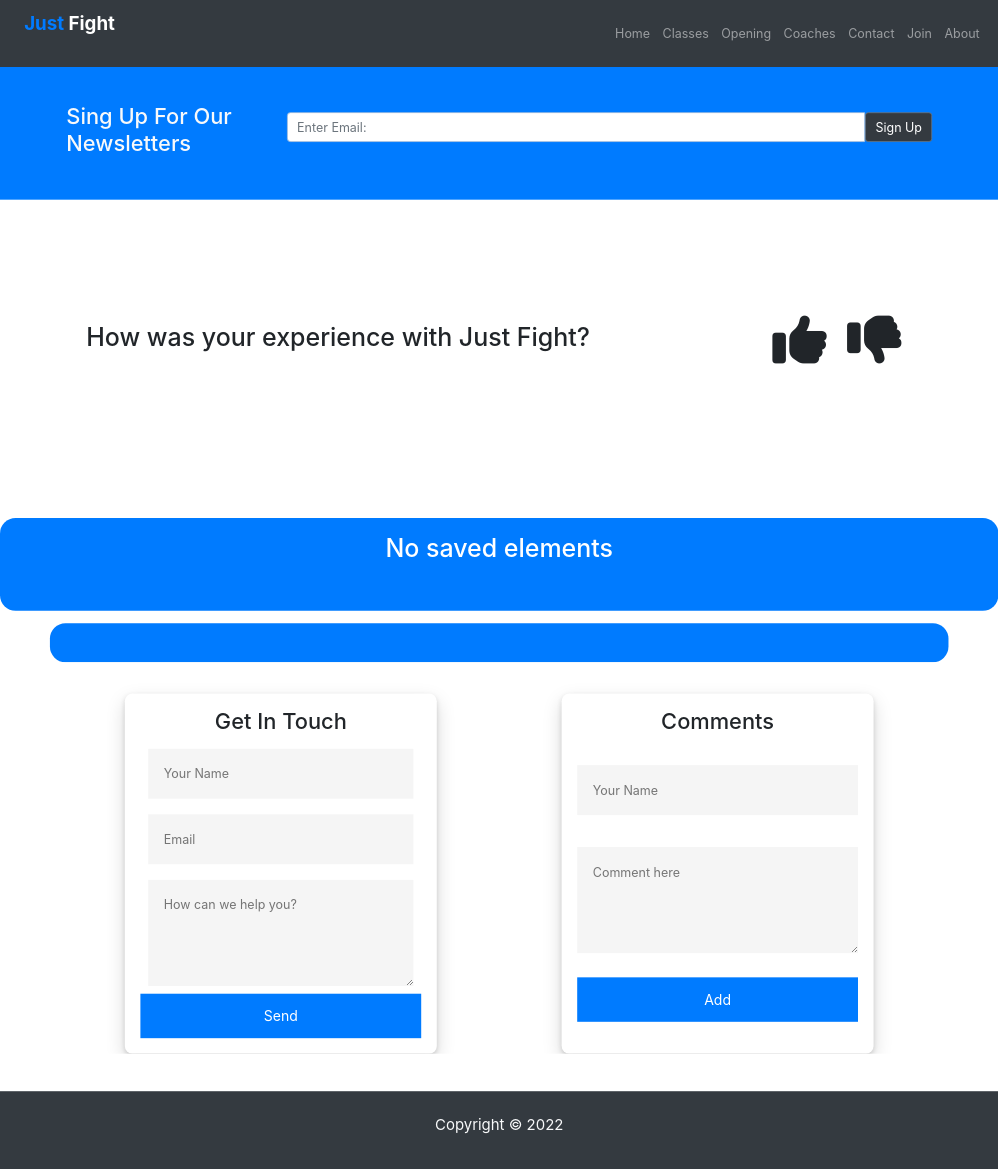
Repository: IonPara/Just-Fight
Page: review.html
An editor plug-in stored every save of this project. The page is shown before and after the next save, followed by the edit.
The browser window is 1280 px wide. The pictures show the whole page, at 78% of full size.
Some web libraries are served in a nearby version.

Above is the page before, as saved 2023-03-13 17:03:00.
Console error: ReferenceError: emailjs is not defined

After the next save:
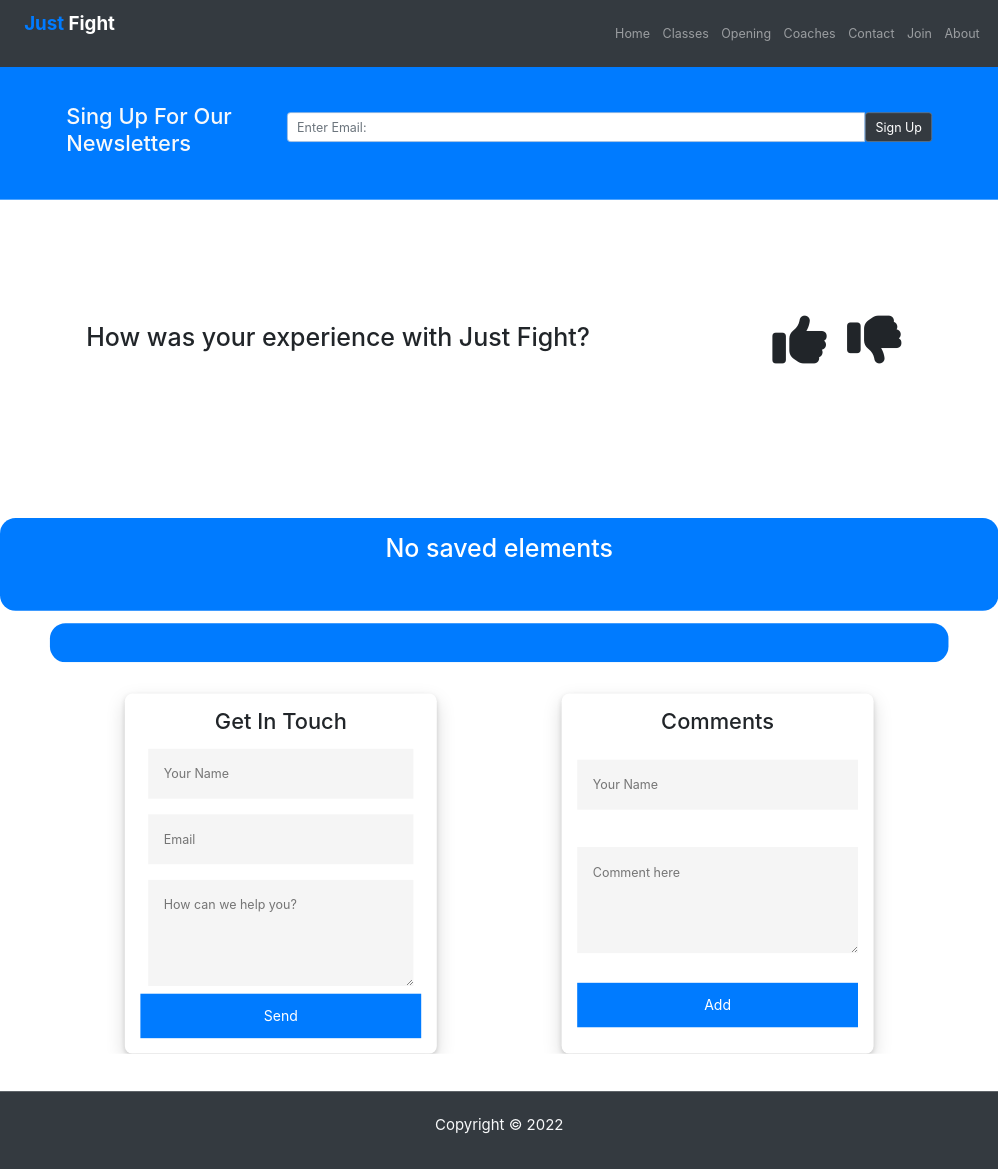
Saved 23 s later.
--- a/Styles/review.css
+++ b/Styles/review.css
@@ -29,10 +29,10 @@
 }
 
 .input-container{
-    height: calc(100%);
-    display: flex;
-    flex-direction: column;
-    justify-content: space-evenly;
+    height: 100%;
+    display: flex;
+    flex-direction: column;
+    justify-content: space-around;
 }
 
 .comments textarea {
